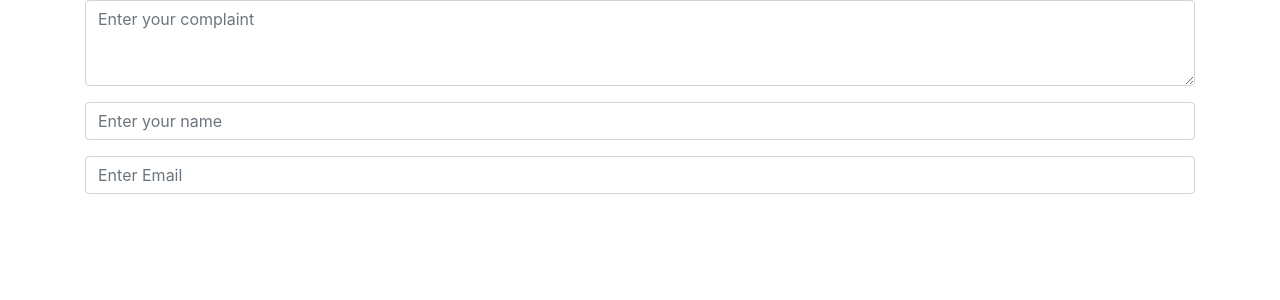
Repository: mkejeiri/Java-Entreprise
Page: http://localhost/complaintsystem/helloWorld
The author's editor kept a copy of each file at every save. The page is drawn from the files as they stood at one save, then again after the next save.
The browser window is 1280 px wide. The pictures show the whole page.
The page is served by Tomcat 9. Other server files are loaded and not shown.

Above is the page before, as saved 2018-05-10 19:17:04.

### complaintsystem/complaintsystem/WebContent/WEB-INF/HelloWorld.jsp
<%@ page language="java" contentType="text/html; charset=UTF-8"
    pageEncoding="UTF-8"%>
<!DOCTYPE html PUBLIC "-//W3C//DTD HTML 4.01 Transitional//EN" "http://www.w3.org/TR/html4/loose.dtd">
<html>
<head>
<meta http-equiv="Content-Type" content="text/html; charset=UTF-8">
<link rel="stylesheet" href="https://stackpath.bootstrapcdn.com/bootstrap/4.1.1/css/bootstrap.min.css" integrity="sha384-WskhaSGFgHYWDcbwN70/dfYBj47jz9qbsMId/iRN3ewGhXQFZCSftd1LZCfmhktB" crossorigin="anonymous">


<title>Insert title here</title>
</head>
<body>
	<div class="container"	>
		<form action="/complaintsystem/submitComplaint" method="post">
			<div class="form-group">
			    <textarea class="form-control" id="exampleFormControlTextarea1" rows="3" placeholder="Enter your complaint"></textarea>
			</div>
			<div class="form-group">
			    <input type="text" class="form-control" name="name" placeholder="Enter your name">
			</div>
			<div class="form-group">
			    <input type="email" class="form-control" name="email" placeholder="Enter Email">
			</div>
		</form>
	</div>
	<script src="https://code.jquery.com/jquery-3.3.1.slim.min.js" integrity="sha384-q8i/X+965DzO0rT7abK41JStQIAqVgRVzpbzo5smXKp4YfRvH+8abtTE1Pi6jizo" crossorigin="anonymous"></script>
    <script src="https://cdnjs.cloudflare.com/ajax/libs/popper.js/1.14.3/umd/popper.min.js" integrity="sha384-ZMP7rVo3mIykV+2+9J3UJ46jBk0WLaUAdn689aCwoqbBJiSnjAK/l8WvCWPIPm49" crossorigin="anonymous"></script>
    <script src="https://stackpath.bootstrapcdn.com/bootstrap/4.1.1/js/bootstrap.min.js" integrity="sha384-smHYKdLADwkXOn1EmN1qk/HfnUcbVRZyYmZ4qpPea6sjB/pTJ0euyQp0Mk8ck+5T" crossorigin="anonymous"></script>
</body>
</html>

After the next save:
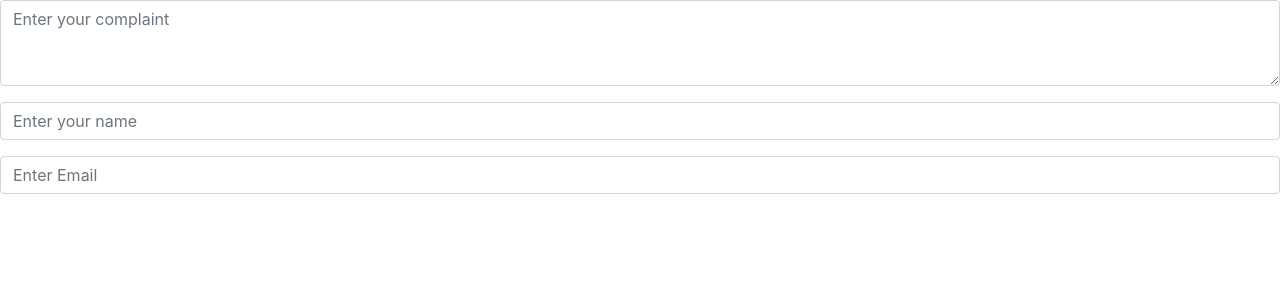
Saved 92 s later.
--- a/complaintsystem/complaintsystem/WebContent/WEB-INF/HelloWorld.jsp
+++ b/complaintsystem/complaintsystem/WebContent/WEB-INF/HelloWorld.jsp
@@ -10,7 +10,7 @@
 <title>Insert title here</title>
 </head>
 <body>
-	<div class="container"	>
+	<div  class="mx-auto">
 		<form action="/complaintsystem/submitComplaint" method="post">
 			<div class="form-group">
 			    <textarea class="form-control" id="exampleFormControlTextarea1" rows="3" placeholder="Enter your complaint"></textarea>

After the save that followed:
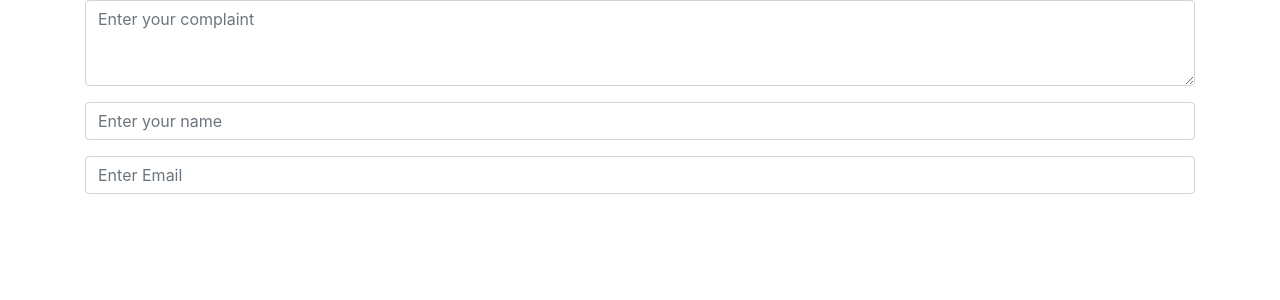
Saved 10 s later.
--- a/complaintsystem/complaintsystem/WebContent/WEB-INF/HelloWorld.jsp
+++ b/complaintsystem/complaintsystem/WebContent/WEB-INF/HelloWorld.jsp
@@ -10,7 +10,7 @@
 <title>Insert title here</title>
 </head>
 <body>
-	<div  class="mx-auto">
+	<div class="container"	>
 		<form action="/complaintsystem/submitComplaint" method="post">
 			<div class="form-group">
 			    <textarea class="form-control" id="exampleFormControlTextarea1" rows="3" placeholder="Enter your complaint"></textarea>
